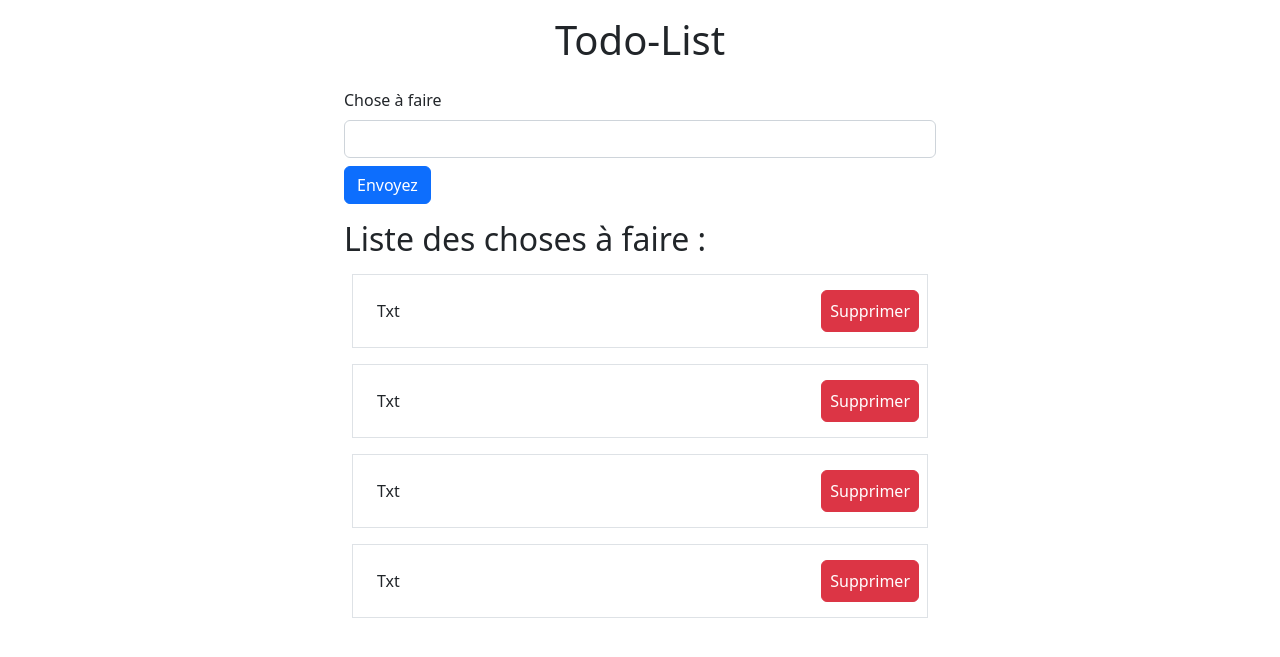
Repository: Michelhof1978/toDoListReact
Page: / (app in APPLICATION/)
An editor plug-in stored every save of this project. The page is shown before and after the next save, followed by the edit.
The browser window is 1280 px wide. The pictures show the whole page.
The project was rebuilt for these pictures with package versions that can differ from the ones it lists, and the page was loaded fresh each time.

Above is the page before, as saved 2023-05-17 12:49:46.

### APPLICATION/src/index.css
*, ::before, ::after {
  box-sizing: border-box;
  margin: 0;
  padding: 0;
}

body {
  background: #222;
  color: #f1f1f1;
  font-family: Arial, Helvetica, sans-serif;
}

.box {
  width: 200px;
  height: 200px;
  background: salmon;
  margin: 30px;
  transition: all ease-in-out 0.4s;
}
.animated {
  background: lightblue;
  transform: scale(1.3);
}

### APPLICATION/src/App.js
import '../node_modules/bootstrap/dist/css/bootstrap.min.css'
import Form from './Components/Form'

function App() {

  return (
    <div className="App">
        <h1 className="text-center mt-3">Todo-List</h1>
        <Form />
    </div>
  );
}

export default App;

### APPLICATION/src/Components/Form.js
import {useState} from 'react'
//COMPONENTS
import Item from './Item'

export default function Form()  {


    return (
      <div className="m-auto px-4 col-12 col-sm-10 col-lg-6">
        <form className="mb-3">
          <label htmlFor="todo" className="form-label mt-3">
            Chose à faire
          </label>
          <input type="text" className="form-control" id="todo" />
          {/* input est relié à label */}

          <button className="mt-2 btn btn-primary d-block">Envoyez</button>
        </form>

        <h2>Liste des choses à faire : </h2>
        <ul className="list-group">
          <Item />
          <Item />
          <Item />
          <Item />
        </ul>
      </div>
    );
}

### APPLICATION/src/Components/Item.js

export default function Item() {
    return (
        <li className="border d-flex justify-content-between align-items-center  p-2 m-2">
            <div className="p-3">Txt</div>
            <button className="btn btn-danger p-2 h-50">Supprimer</button>
        </li>
    )
}

Loaded but not shown: APPLICATION/public/index.html (common file); APPLICATION/src/index.js (common file)

After the next save:
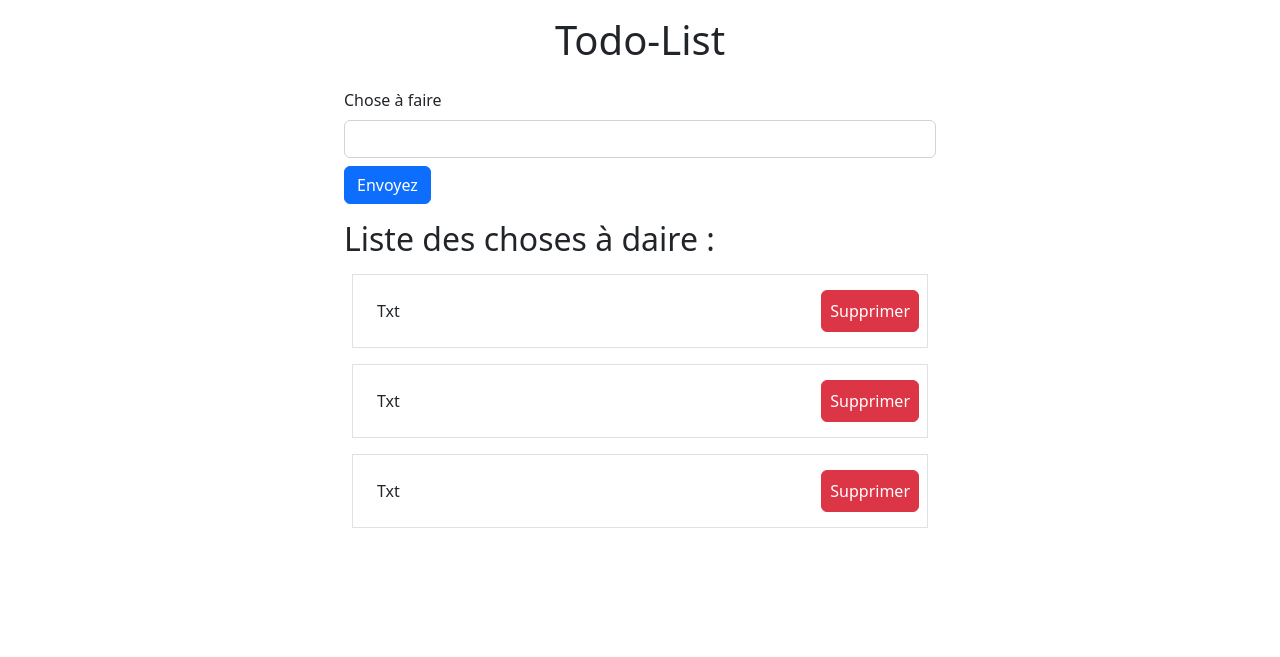
Saved 6 min 14 s later.
--- a/APPLICATION/src/Components/Form.js
+++ b/APPLICATION/src/Components/Form.js
@@ -1,29 +1,37 @@
 import {useState} from 'react'
-//COMPONENTS
 import Item from './Item'
 
-export default function Form()  {
+export default function Form(){
 
+    const [dataArr, setDataArr] = useState([
+        {txt: "Promener le chien"},
+        {txt: "Sport"},
+        {txt: "Coder avec React"},
+    ])
 
     return (
-      <div className="m-auto px-4 col-12 col-sm-10 col-lg-6">
-        <form className="mb-3">
-          <label htmlFor="todo" className="form-label mt-3">
-            Chose à faire
-          </label>
-          <input type="text" className="form-control" id="todo" />
-          {/* input est relié à label */}
 
-          <button className="mt-2 btn btn-primary d-block">Envoyez</button>
-        </form>
+        <div className="m-auto px-4 col-12 col-sm-10 col-lg-6">
 
-        <h2>Liste des choses à faire : </h2>
-        <ul className="list-group">
-          <Item />
-          <Item />
-          <Item />
-          <Item />
-        </ul>
-      </div>
-    );
+            <form className="mb-3">
+                <label htmlFor="todo" className="form-label mt-3">Chose à faire</label>
+                <input type="text" className="form-control" id="todo"/>
+
+                <button className="mt-2 btn btn-primary d-block">Envoyez</button>
+            </form>
+
+            <h2>Liste des choses à daire : </h2>
+            <ul className="list-group">
+                {dataArr.map((item, index) => {
+                    return (
+                        <Item
+                        txt={item.txt}
+                        key={index}
+                        />
+                    )
+                })}
+            </ul>
+        </div>
+
+    )
 }
